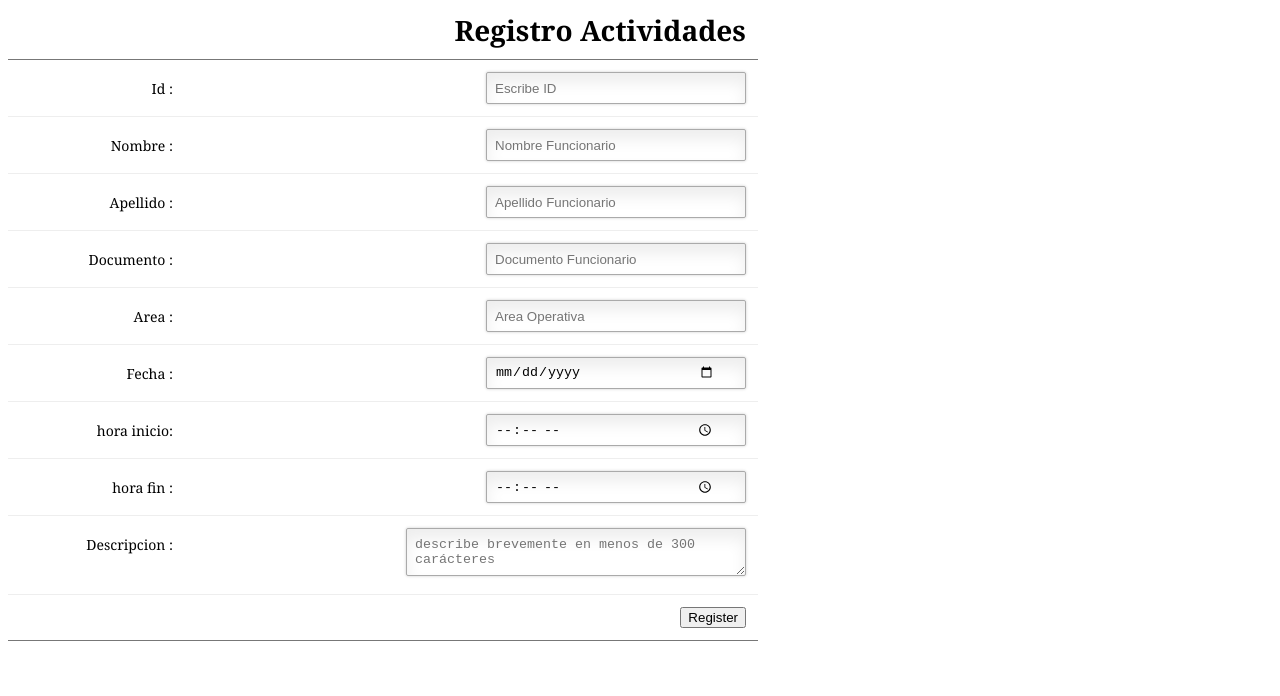
Repository: Yale2024/repo-registro-act
Page: templates/register.html
The author's editor kept a copy of each file at every save. The page is drawn from the files as they stood at one save, then again after the next save.
The browser window is 1280 px wide. The pictures show the whole page.

Above is the page before, as saved 2024-09-15 08:32:06.

### templates/register.html
<!DOCTYPE html>
<html lang="en">

<head>
    <meta charset="UTF-8">
    <meta name="viewport" content="width=device-width, initial-scale=1.0">
    <link rel="stylesheet" href="static/css/styleRegister.css">
    <script src="static/js/appRegister.js"></script>
    <title>Web App</title>
</head>
<body></body>

    <form class="contact_form" action="/register_user" method="POST" align="right" >
    <!-- <form method="POST"> -->
        <div>
            <ul>
                <li>
                    <h1>Registro Actividades</h1>
                </li>
                <li>
                    <label for="id">Id :</label>
                    <input type="number"  size="30" name="id" id="Id" placeholder="Escribe ID" required /> <br>
                </li>
                <li>
                    <label for="nombre">Nombre :</label>
                    <input type="text" size="30" name="nombre" id="nombre" placeholder="Nombre Funcionario" required /> <br>
                </li>
                <li>
                    <label for="apellido">Apellido :</label>
                    <input type="text" size="30" name="apellido" id="apellido" placeholder="Apellido Funcionario" required /> <br>
                </li>
                <li>
                    <label for="documento">Documento  :</label>
                    <input type="number" size="30" name="documento" id="documento" placeholder="Documento Funcionario" required /> <br>
                </li>
                <li>
                    <label for="are">Area      :</label>
                    <input type ="text" size="30" name="area" id="area" placeholder="Area Operativa" required /> <br>
                </li>
                <li>
                    <label for="fecha">Fecha     :</label>
                    <input type ="date" size="30" name="fecha" id="fecha" placeholder="AAAA-MM-DD" required /> <br>
                </li>
                <li>
                    <label for="horai">hora inicio:</label>
                    <input type ="time" size="30" name="horai" id="horai" placeholder="hh:mm" required /> <br>
                </li>
                <li>
                    <label for="horaf">hora fin  :</label>
                    <input type ="time" size="30" name="horaf" id="horaf" placeholder="hh:mm" required /> <br>
                </li>
                <li>
                    <label for="mensaje">Descripcion   :</label>
                    <textarea name="descripcion" size="300" for="descripcion" placeholder="describe brevemente en menos de 300 carácteres" maxlength="300"></textarea> <br>
                </li>
                <li>
                    <button>Register</button>
                </li>
            </ul>
        </div>
        <!-- <button onclick="register_user()">Register</button> -->
        <!-- <input type="submit" name="enviar" value="enviar datos"/> -->
    </form>
</body>

### static/css/styleRegister.css
/* form{
    text-align: center;
    font-size: 30px;
}
/*
body{
    background-color: #f7bb6dea;
}

button{
    background-color: black;
    color: white;
    font-size:  20px;
} */
 /* === Remove input autofocus webkit === */
*:focus {
    outline: none;
}

/* === Form Typography === */
body {
    font: 14px/21px "Lucida Sans", "Lucida Grande", "Lucida Sans Unicode", sans-serif;
}

.contact_form h1, .contact_form label {
    font-family: Georgia, Times, "Times New Roman", serif;
}

.form_hint, .required_notification {
    font-size: 11px;
}

/* === List Styles === */
.contact_form ul {
    width: 750px;
    list-style-type: none;
    list-style-position: outside;
    margin: 0px;
    padding: 0px;
}

.contact_form li {
    padding: 12px;
    border-bottom: 1px solid #eee;
    position: relative;
}

    .contact_form li:first-child, .contact_form li:last-child {
        border-bottom: 1px solid #777;
    }

/* === Form Header === */
.contact_form h1 {
    margin: 0;
    display: inline;
}

.required_notification {
    color: #d45252;
    margin: 5px 0 0 0;
    display: inline;
    float: right;
}

/* === Form Elements === */
.contact_form label {
    width: 150px;
    margin-top: 3px;
    display: inline-block;
    float: left;
    padding: 3px;
}

.contact_form input {
    height: 20px;
    width: 220px;
    padding: 5px 8px;
}

.contact_form textarea {
    padding: 8px;
    width: 300px;
}

.contact_form button {
    margin-left: 156px;
}

/* form element visual styles */
.contact_form input, .contact_form textarea {
    border: 1px solid #aaa;
    box-shadow: 0px 0px 3px #ccc, 0 10px 15px #eee inset;
    border-radius: 2px;
    padding-right: 30px;
    -moz-transition: padding .25s;
    -webkit-transition: padding .25s;
    -o-transition: padding .25s;
    transition: padding .25s;
}

### static/js/appRegister.js
function register_user() {
    location.href= '/register_user'
}

After the next save:
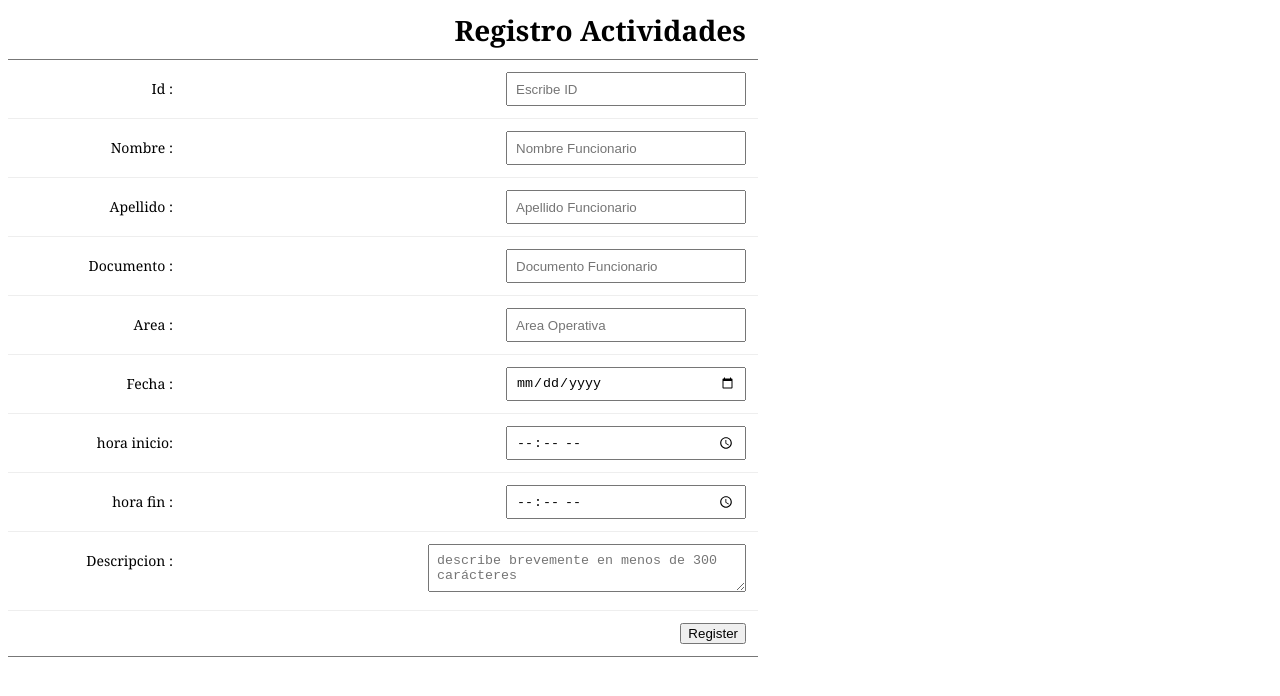
Saved 2 min 4 s later.
--- a/static/css/styleRegister.css
+++ b/static/css/styleRegister.css
@@ -85,15 +85,3 @@ body {
 .contact_form button {
     margin-left: 156px;
 }
-
-/* form element visual styles */
-.contact_form input, .contact_form textarea {
-    border: 1px solid #aaa;
-    box-shadow: 0px 0px 3px #ccc, 0 10px 15px #eee inset;
-    border-radius: 2px;
-    padding-right: 30px;
-    -moz-transition: padding .25s;
-    -webkit-transition: padding .25s;
-    -o-transition: padding .25s;
-    transition: padding .25s;
-}

After the save that followed:
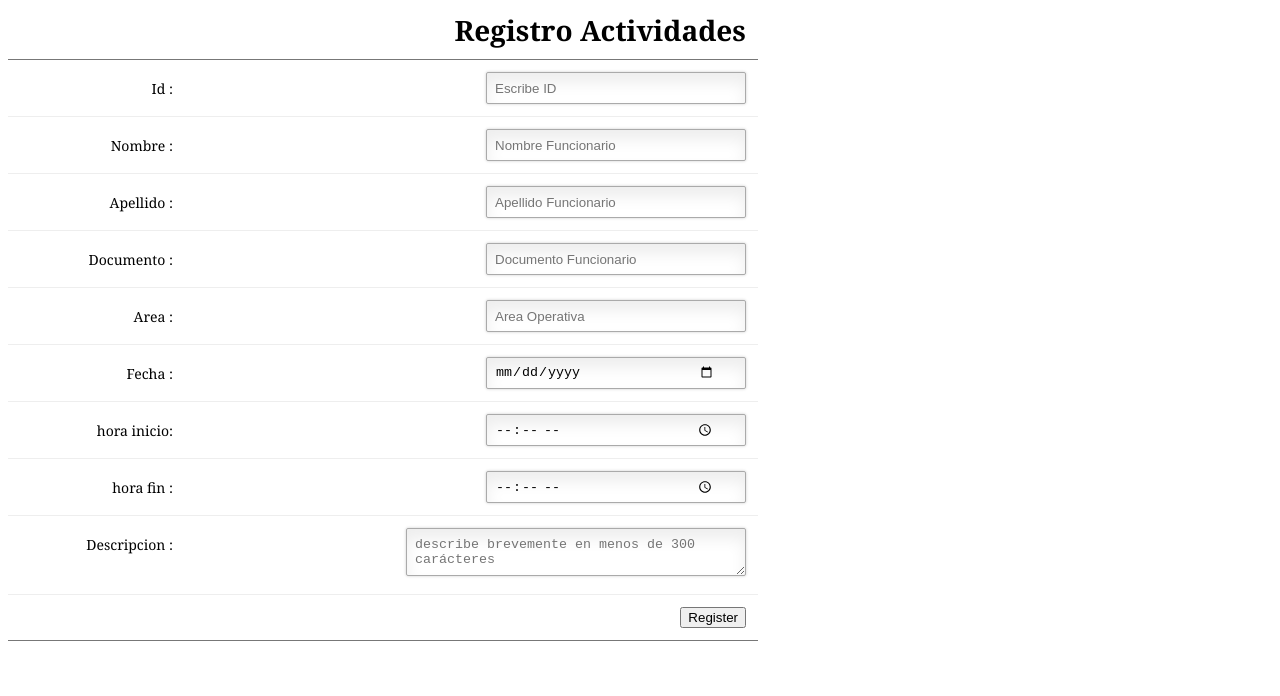
Saved 46 s later.
--- a/static/css/styleRegister.css
+++ b/static/css/styleRegister.css
@@ -85,3 +85,15 @@ body {
 .contact_form button {
     margin-left: 156px;
 }
+
+/* form element visual styles */
+.contact_form input, .contact_form textarea {
+    border: 1px solid #aaa;
+    box-shadow: 0px 0px 3px #ccc, 0 10px 15px #eee inset;
+    border-radius: 2px;
+    padding-right: 30px;
+    -moz-transition: padding .25s;
+    -webkit-transition: padding .25s;
+    -o-transition: padding .25s;
+    transition: padding .25s;
+}
